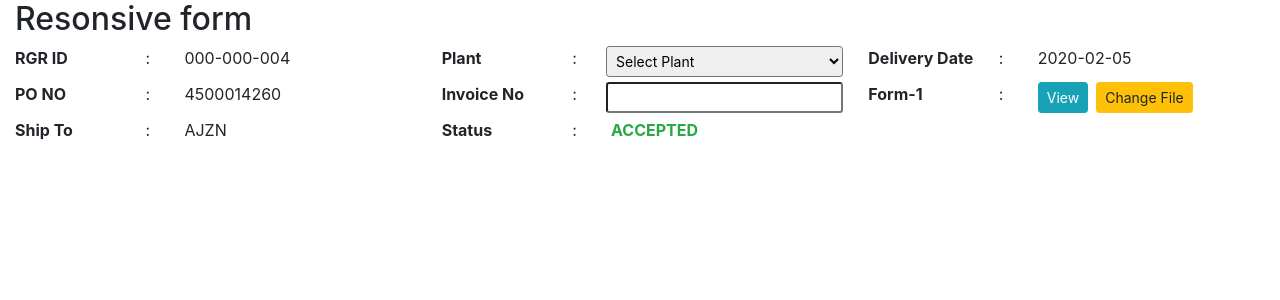
Repository: karthikairasu/Others_work
Page: form.html
The author's editor kept a copy of each file at every save. The page is drawn from the files as they stood at one save, then again after the next save.
The browser window is 1280 px wide. The pictures show the whole page.

Above is the page before, as saved 2020-06-28 18:12:21.

After the next save:
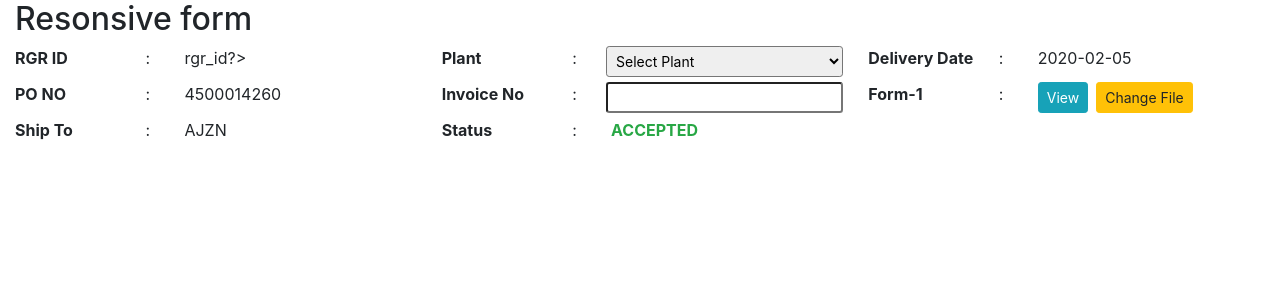
Saved 7 min 6 s later.
--- a/form.html
+++ b/form.html
@@ -22,7 +22,7 @@
               <label class="col-md-4 col-sm-4 col-4"><b>RGR ID</b></label>
               <label class="col-md-1 col-sm-1 col-1 px-0">:</label>
               <label class="col-md-7 col-sm-7 col-7" id="RGR_ID"
-                >000-000-004
+                ><?=$po_list[0]->rgr_id?>
               </label>
             </div>
             <div class="form-row py-1">
